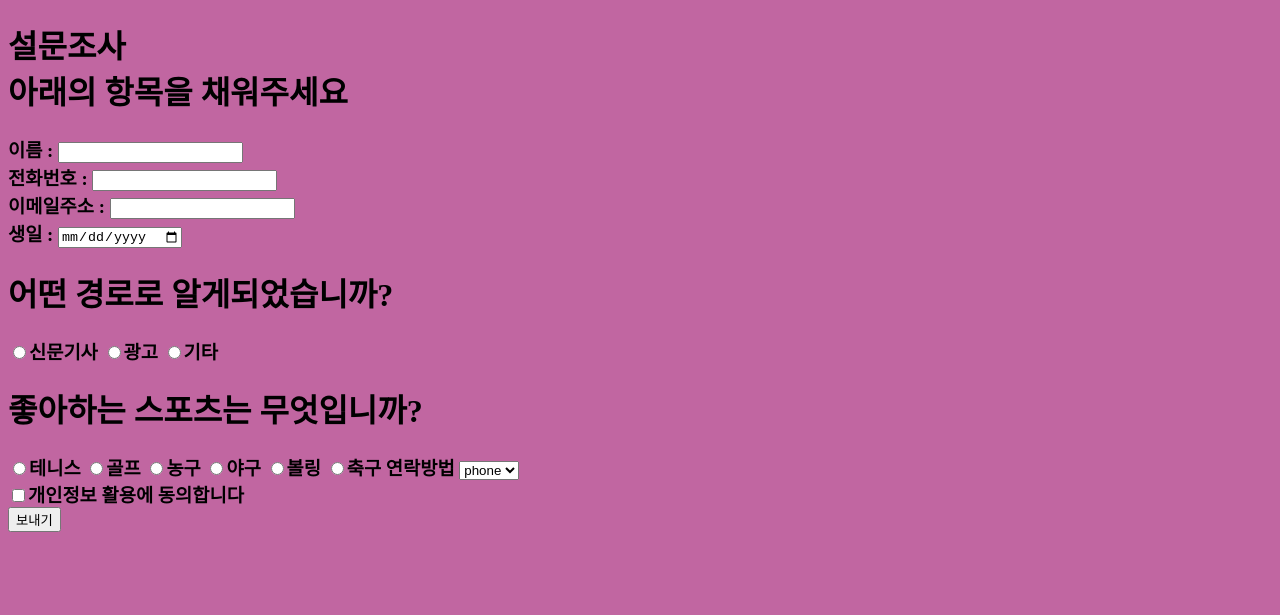
Repository: violetaplum/eclipseJSP
Page: http://localhost/JSP/jsp_DB/dao.jsp
These files come from the project's save history. The page is drawn as it stood at one moment and after the next save; the edit follows.
The browser window is 1280 px wide. The pictures show the whole page.
The page is served by Tomcat 9.

Above is the page before, as saved 2019-06-12 10:07:36.

After the next save:
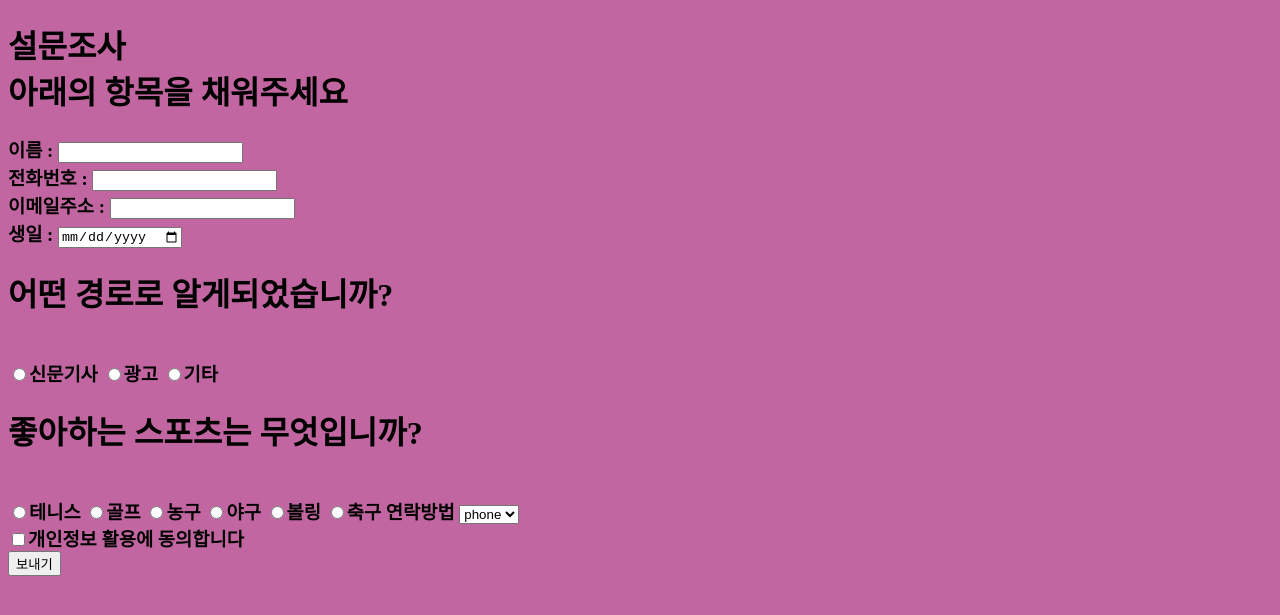
Saved 7 s later.
--- a/JSP/WebContent/jsp_DB/dao.jsp
+++ b/JSP/WebContent/jsp_DB/dao.jsp
@@ -42,10 +42,10 @@ ArrayList<TelInfoVO> tiArray = tidao.getAllInfo();
 생일 : <input type="date" name="birth" /><br>
 </h3>
 
-<h1>어떤 경로로 알게되었습니까?</h1><h3>
+<h1>어떤 경로로 알게되었습니까?</h1><h3><br>
 <input type="radio" name="radio1" value="신문기사"/>신문기사 <input type="radio" name="radio1" value="광고"/>광고  <input type="radio" name="radio1" value="기타" />기타
 </h3>
-<h1>좋아하는 스포츠는 무엇입니까?</h1><h3>
+<h1>좋아하는 스포츠는 무엇입니까?</h1><h3><br>
 <input type="radio" name="radio2" value="테니스" />테니스  <input type="radio" name="radio2" value="골프" />골프  <input type="radio" name="radio2" value="농구" />농구
 <input type="radio" name="radio2" value="야구" />야구  <input type="radio" name="radio2" value="볼링" />볼링  <input type="radio" name="radio2" value="축구" />축구
 
